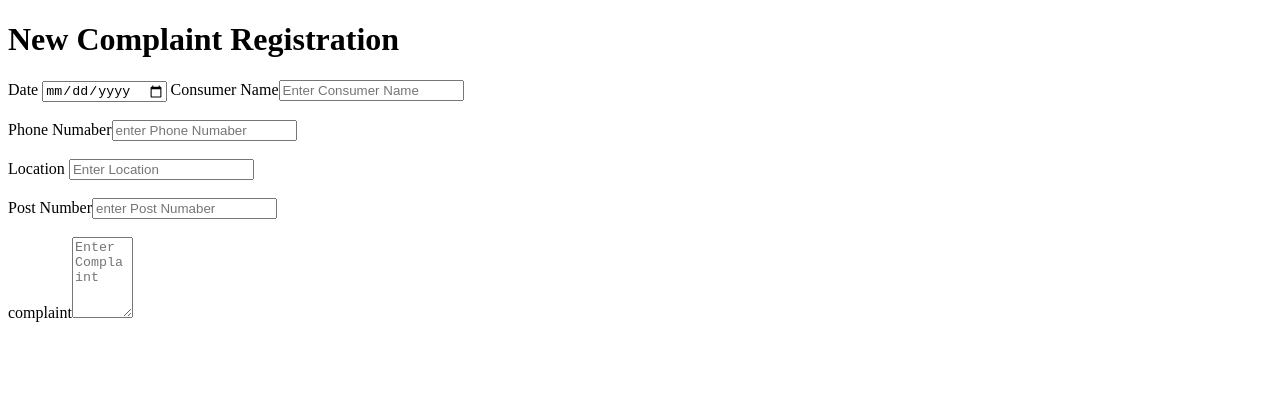
Repository: Jobinte/KSEB-PROJECT
Page: KSEB-complaint-management/WebContent/complaintRegistration.html
These files come from the project's save history. The page is drawn as it stood at one moment and after the next save; the edit follows.
The browser window is 1280 px wide. The pictures show the whole page.

Above is the page before, as saved 2023-11-22 03:02:45.

After the next save:
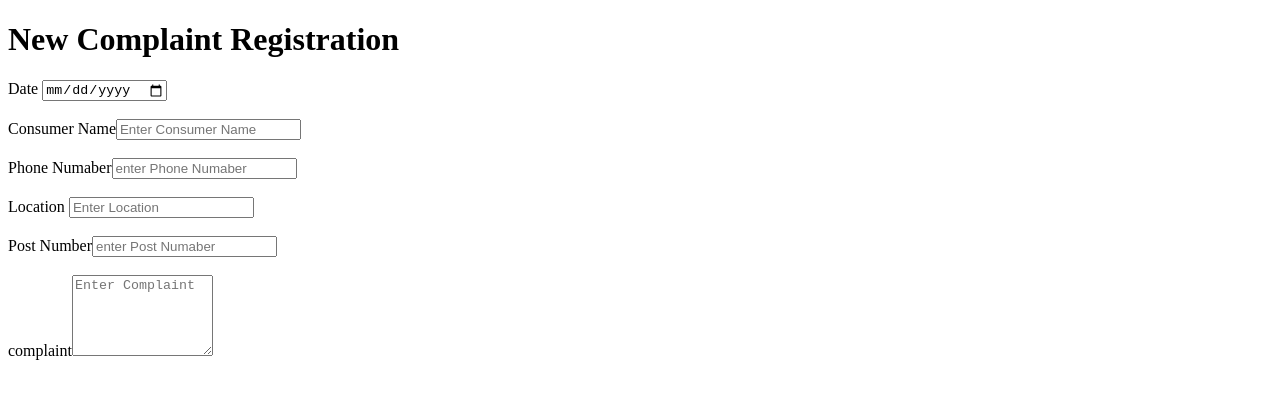
Saved 60 s later.
--- a/KSEB-complaint-management/WebContent/complaintRegistration.html
+++ b/KSEB-complaint-management/WebContent/complaintRegistration.html
@@ -14,12 +14,12 @@
 		<h1 id="heading">New Complaint Registration</h1>
 
 		<form action="#" name="complaintReg" id="complaintReg" method="post">
-			Date <input type="date" />
+			Date <input type="date" /> <br> <br>
 			Consumer Name<input type="text" name="consumerName" placeholder="Enter Consumer Name" /> <br> <br>
 			Phone Numaber<input type="text" name="phone" placeholder="enter Phone Numaber " /> <br> <br>
 			Location <input type="text" name="location" placeholder="Enter Location " /> <br> <br>
 			Post Number<input type="text" name="post" placeholder="enter Post Numaber  " /> <br> <br>
-			complaint<textarea rows="5" cols="5" name="complaint"  placeholder="Enter Complaint"></textarea>
+			complaint<textarea rows="5" cols="15" name="complaint"  placeholder="Enter Complaint"></textarea>
 
 			</form>
 			</div>
